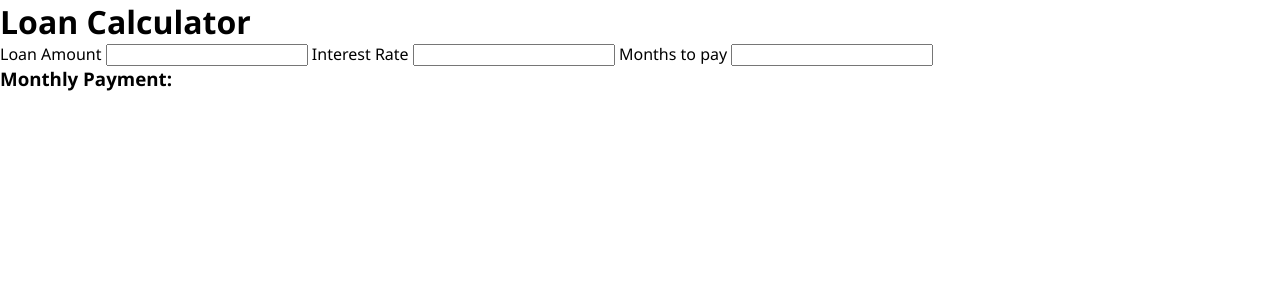
Repository: Ankitkr2021/Loan-Calculator
Page: index.html
The author's editor kept a copy of each file at every save. The page is drawn from the files as they stood at one save, then again after the next save.
The browser window is 1280 px wide. The pictures show the whole page.

Above is the page before, as saved 2025-10-28 08:47:47.

After the next save:
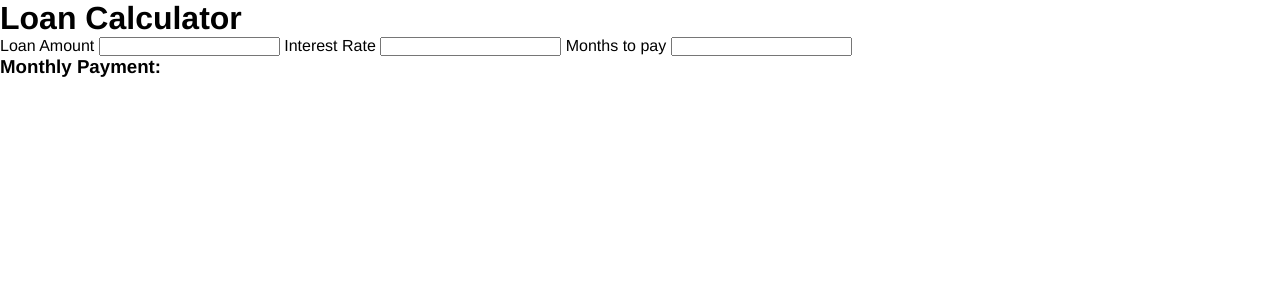
Saved 9 s later.
--- a/style.css
+++ b/style.css
@@ -2,6 +2,6 @@
     margin: 0;
     padding: 0;
     box-sizing: border-box;
-    font-family: 'Segoe UI', Tahoma, Geneva, Verdana, sans-serif;
+    font-family:'Franklin Gothic Medium', 'Arial Narrow', Arial, sans-serif;
 
 }
